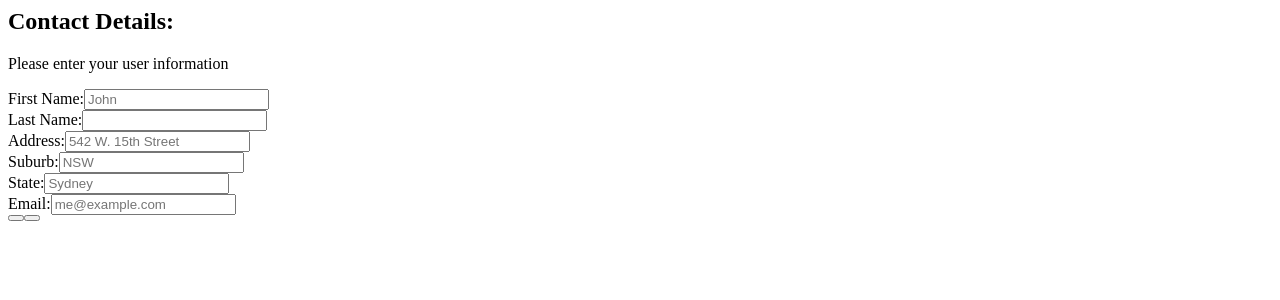
Repository: Agapitus1/Assignment-1---Self-Service-Shopping-System
Page: http://localhost/checkout.php
The author's editor kept a record of every edit. The page is drawn from the files as they stood at one moment, then again after the next edit.
The browser window is 1280 px wide. The pictures show the whole page.
The page is run by PHP 8.4 with error messages shown; the project is at /var/www/html/.

Above is the page before.

### ass1/Full Site/checkout.php

<html>
    <head>
        <meta charset="utf-8">
        <meta http-equiv="X-UA-Compatible" content="IE=edge">

    </head>
    <body>

        <main>
            <?php
                echo"<div class ='checkout' id='validate' >";
                    echo "<form method='POST' name='checkout' action='checkout_submission.php'>";
                        echo "<h2>Contact Details:</h2>";
                        echo "<p>Please enter your user information</p>";
                        echo "<label for='fname'>First Name:</label>";
                            echo "<input type='text' id='fname' name='fname' required placeholder='John'></input><br>";
                        echo "<label for='lname'>Last Name:</label>";
                            echo "<input type='text' id='lname' name='lname'></input><br>";
                        echo "<label for='address'>Address:</label>";
                            echo "<input type='text' id='address' name='address' required placeholder='542 W. 15th Street' ></input><br>";
                        echo "<label for='suburb' id='suburb'>Suburb:</label>";
                            echo "<input type='text' id='suburb' name='suburb' required placeholder='NSW'></input><br>";
                        echo "<label for='state' id='state'>State:</label>";
                            echo "<input type='text' id='state' name='state' required placeholder='Sydney'></input><br>";
                        echo "<label for='email' id='validateEmail'>Email:</label>";
                            echo "<input type='email' id='email' name='email' required placeholder='me@example.com'></input><br>";
                        echo "<button type='submit' value='Sent!' target='checkout_submission'></button>";
                        echo "<button type='reset' name='clear'></button>";
                    echo "</form>";
                ?>
            </div>
        </main>
        <script src="valid.js"></script>
    </body>
</html>

### ass1/Full Site/valid.js
function validate()
{
    //get the values of username textbox
    if (document.getElementById("fname").value == "")
    {
        alert("Please enter your first name");
        return false;
    }
    if (document.getElementById("lname").value == "")
    {
        alert("Please enter your last name");
        return false;
    }
    if (document.getElementById("address").value == "")
    {
        alert("Please enter your address");
        return false;
    }
    if (document.getElementById("suburb").value == "")
    {
        alert("Please enter your suburb");
        return false;
    }
    if (document.getElementById("state").value == "")
    {
        alert("Please enter your state");
        return false;
    }
    if (document.getElementById("country").value == "")
    {
        alert("Please enter your country");
        return false;
    }
    if (document.getElementById("email").value == "")
    {
        alert("Please enter your email");
        return false;
    }
    if (document.getElementById("email").value.match(emailregex))
    {
        return true;
    }
    alert("Please enter proper email address");
    return false;
}

function validateEmail(email) {
    const emailregex = "^[a-zA-Z0-9_.+-]+@[a-zA-Z0-9-]+\.[a-zA-Z0-9-.]+$";
    return emailregex.test(String(email).toLowerCase());
}

After the next edit:
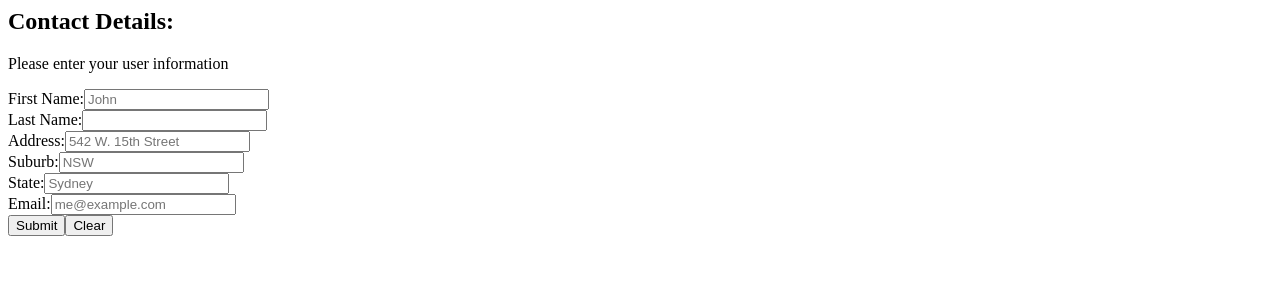
The edit:
--- a/ass1/Full Site/checkout.php
+++ b/ass1/Full Site/checkout.php
@@ -25,8 +25,8 @@
                             echo "<input type='text' id='state' name='state' required placeholder='Sydney'></input><br>";
                         echo "<label for='email' id='validateEmail'>Email:</label>";
                             echo "<input type='email' id='email' name='email' required placeholder='me@example.com'></input><br>";
-                        echo "<button type='submit' value='Sent!' target='checkout_submission'></button>";
-                        echo "<button type='reset' name='clear'></button>";
+                        echo "<button type='submit' value='Sent!' target='checkout_submission'>Submit</button>";
+                        echo "<button type='reset' name='clear'>Clear</button>";
                     echo "</form>";
                 ?>
             </div>
